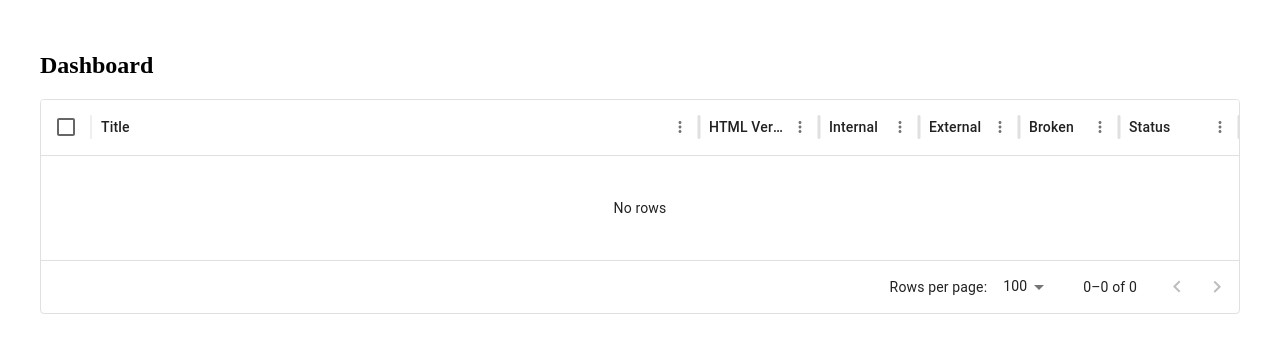
Repository: asliayk/web-crawler-dashboard
Page: /dashboard (app in frontend/)
An editor plug-in stored every save of this project. The page is shown before and after the next save, followed by the edit.
The browser window is 1280 px wide. The pictures show the whole page.
The page's requests for data from a server got no answer. The project was rebuilt for these pictures with package versions that can differ from the ones it lists, and the page was loaded fresh each time. No one was signed in, and anything a server would have sent is missing. Also part of the build but not shown: frontend/vite.config.ts, frontend/src/pages/UrlManagementPage.tsx, frontend/src/components/StatusBadge.tsx, frontend/src/components/BulkActionBar.tsx, frontend/src/pages/DetailPage.tsx.

Above is the page before, as saved 2025-07-17 03:16:52.

After the next save:
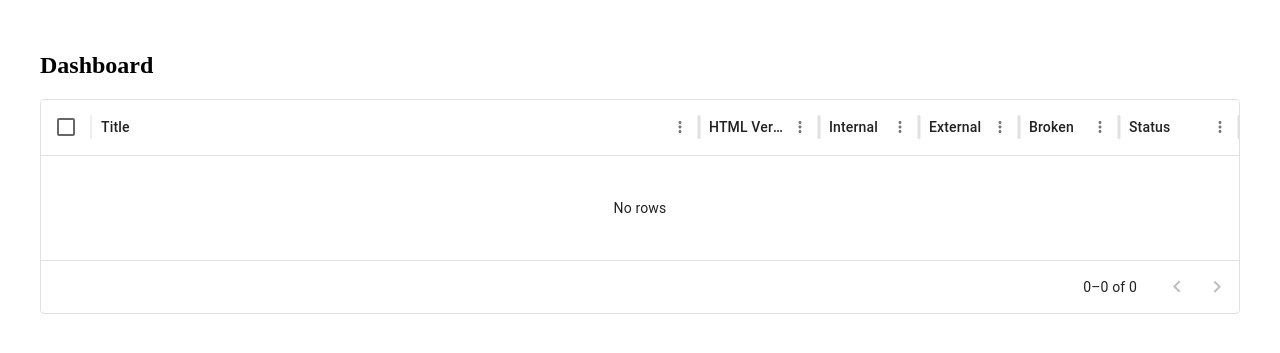
Saved 80 s later.
--- a/frontend/src/components/DashboardTable.tsx
+++ b/frontend/src/components/DashboardTable.tsx
@@ -33,8 +33,7 @@ export default function DashboardTable(props: DashboardTableProps) {
     <DataGrid
       rows={props.rows}
       columns={columns}
-      page={props.page - 1}
-      pageSize={props.pageSize}
+      paginationModel={{ page: props.page - 1, pageSize: props.pageSize }}
       rowCount={props.rowCount}
       pagination
       paginationMode="server"
@@ -42,8 +41,10 @@ export default function DashboardTable(props: DashboardTableProps) {
       onRowClick={(params: { row: any; }) => props.onRowClick(params.row)}
       onSelectionModelChange={(ids: any[]) => props.onSelectionModelChange(ids as any[])}
       selectionModel={props.selectionModel}
-      onPageChange={(page: number) => props.onPageChange(page + 1)}
-      onPageSizeChange={props.onPageSizeChange}
+      onPaginationModelChange={(model) => {
+        props.onPageChange(model.page + 1);
+        props.onPageSizeChange(model.pageSize);
+      }}
       autoHeight
       disableSelectionOnClick
     />
